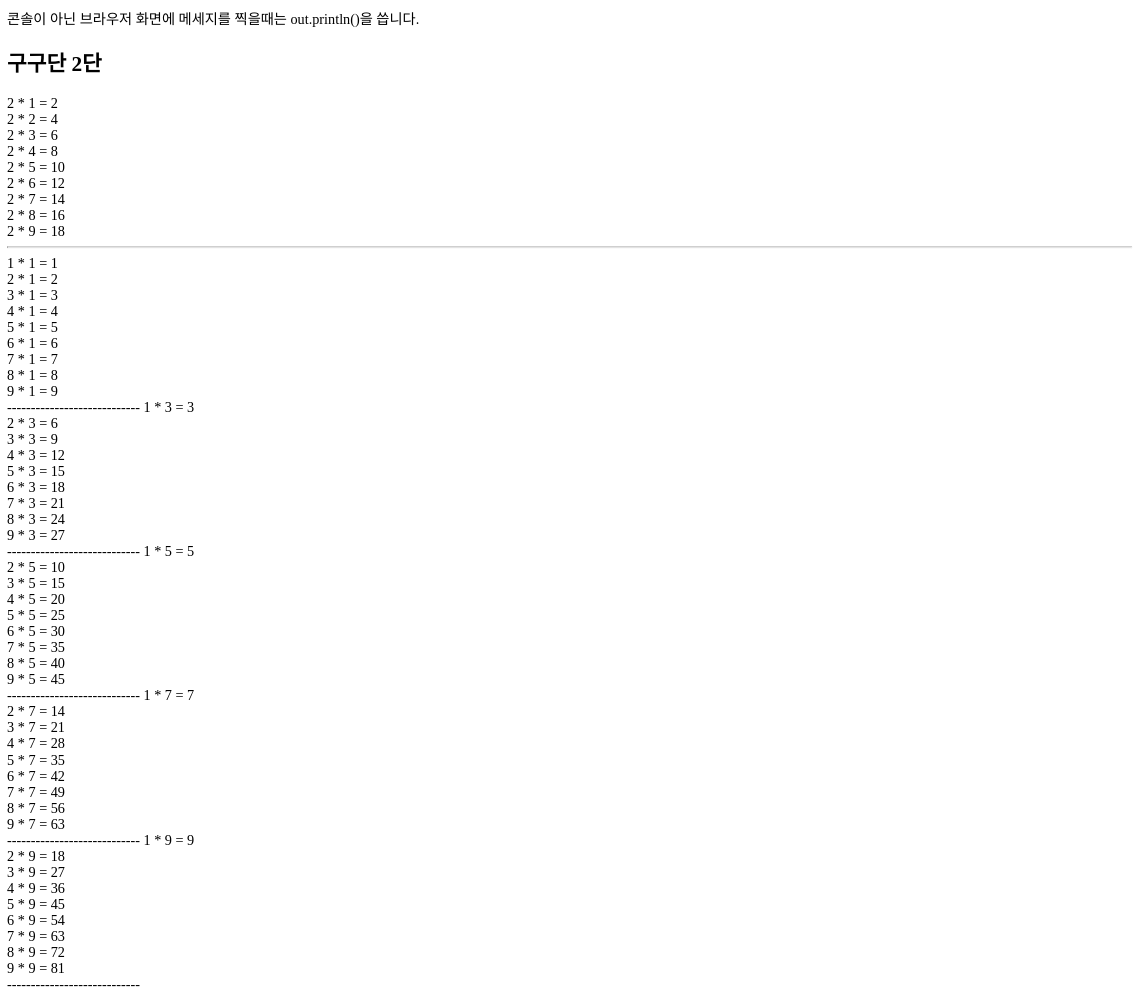
Repository: HeeMang28/jsp
Page: http://localhost/JSPBasic/jsptag/scriptlet.jsp
The author's editor kept a copy of each file at every save. The page is drawn from the files as they stood at one save, then again after the next save.
The browser window is 1280 px wide. The pictures show the whole page, at 89% of full size.
The page is served by Tomcat 9. Other server files are loaded and not shown.

Above is the page before, as saved 2022-03-22 11:51:52.

### JSPBasic/src/main/webapp/jsptag/scriptlet.jsp
<%@ page language="java" contentType="text/html; charset=UTF-8"
    pageEncoding="UTF-8"%>
<!DOCTYPE html>
<html>
<head>
<meta charset="UTF-8">
<title>Insert title here</title>
</head>
<body>
	<% System.out.println("콘솔에 메세지를 찍을때는 System.out.println()을 씁니다.");
	out.println("콘솔이 아닌 브라우저 화면에 메세지를 찍을때는 out.println()을 씁니다.");%>
	<h2>구구단 2단</h2>
	<%
		//구구단 2단을 브라우저에 출력해주세요.
		for(int i = 1; i < 10; i++){
			out.println("2 * " + i +" = " + (2 * i) + "<br/>");
		}
	%>
	<hr/>
	<!--  반복문과 조건문을 이용하여 구구단 홀수단(3, 5, 7, 9)단을 입력해주세요. -->
	<%
		for(int i = 1; i < 10; i++){
			if (i % 2 == 1){
				for(int j = 1; j < 10; j++){
					out.println(j + " * " + i + " = " + (j * i) + "<br/>");

				}out.println("----------------------------");
			}
		}



	%>
</body>
</html>

After the next save:
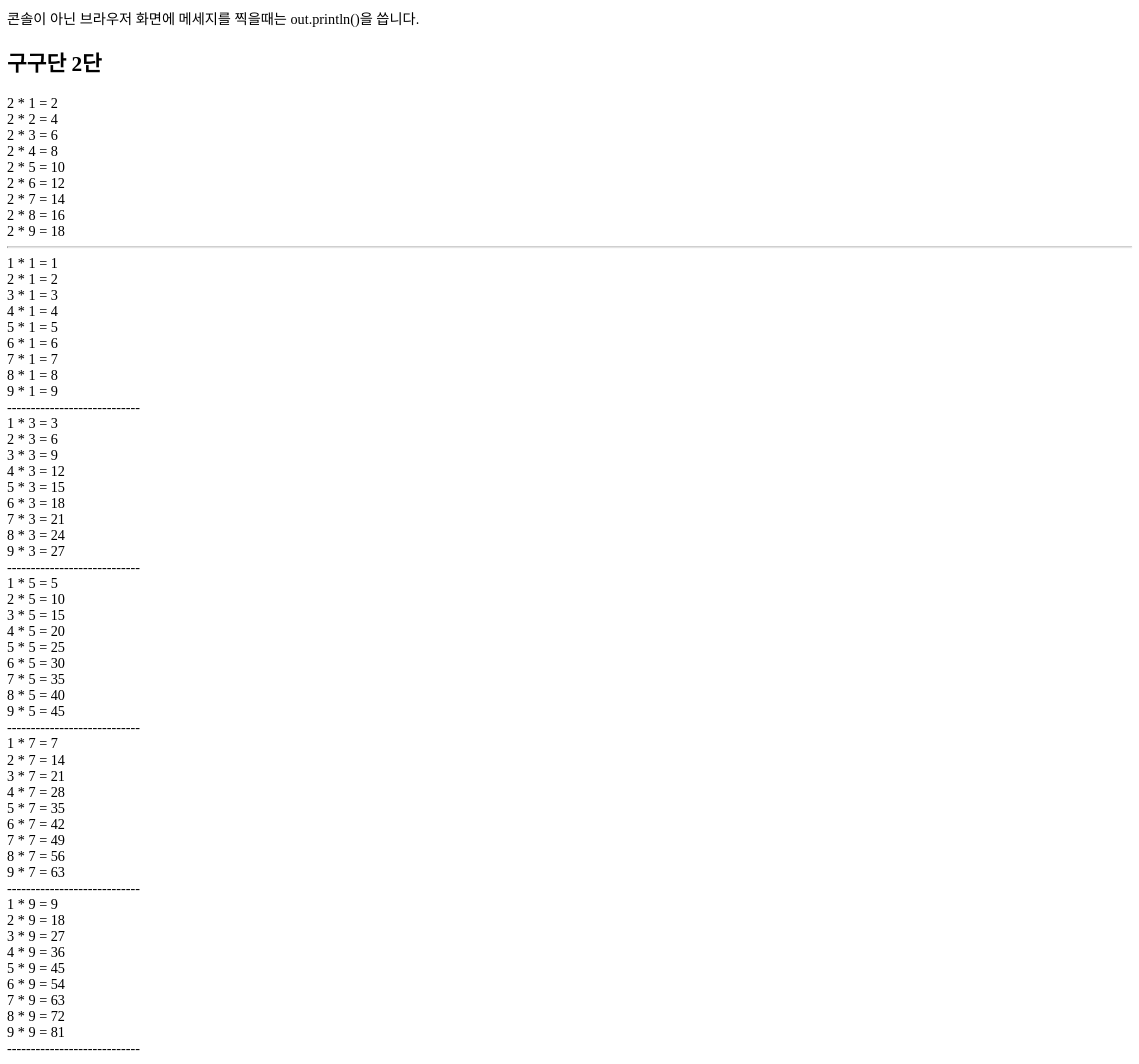
Saved 20 s later.
--- a/JSPBasic/src/main/webapp/jsptag/scriptlet.jsp
+++ b/JSPBasic/src/main/webapp/jsptag/scriptlet.jsp
@@ -24,7 +24,8 @@
 				for(int j = 1; j < 10; j++){
 					out.println(j + " * " + i + " = " + (j * i) + "<br/>");
 
-				}out.println("----------------------------");
+				}out.println("----------------------------"+ "<br/>");
+
 			}
 		}
 
